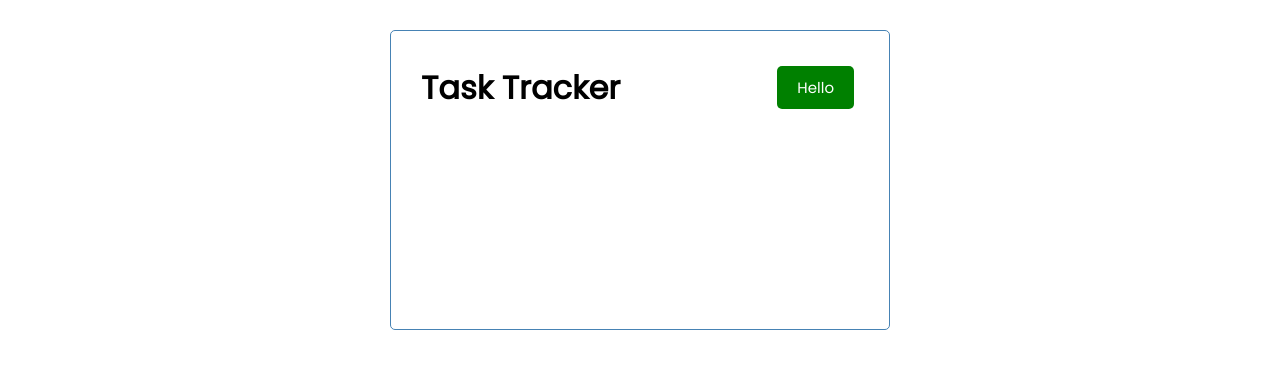
Repository: biggie-pti/task-tracker-react-app
Page: /
The author's editor kept a copy of each file at every save. The page is drawn from the files as they stood at one save, then again after the next save.
The browser window is 1280 px wide. The pictures show the whole page.
The project was rebuilt for these pictures with package versions that can differ from the ones it lists, and the page was loaded fresh each time.

Above is the page before, as saved 2022-02-20 14:39:25.

After the next save:
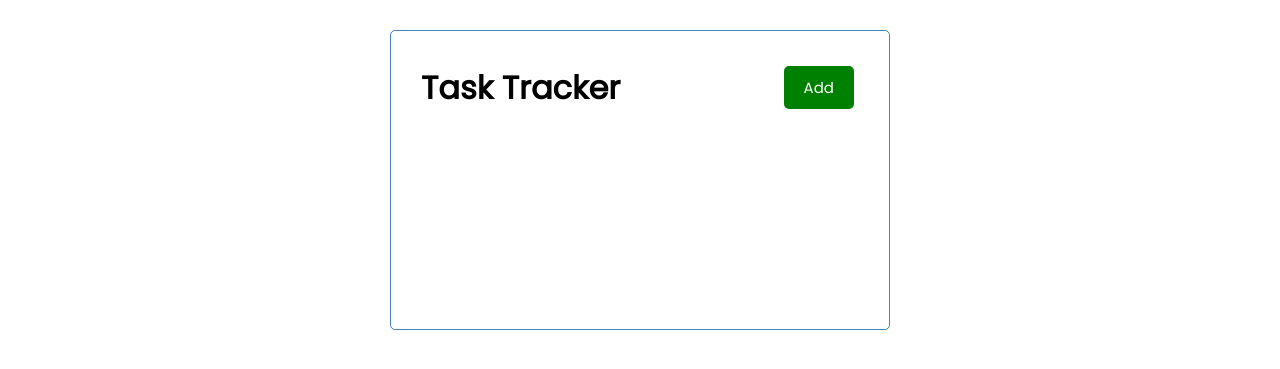
Saved 58 s later.
--- a/src/components/Header.js
+++ b/src/components/Header.js
@@ -7,7 +7,7 @@ const Header = ({title}) => {
 
         {title}
         </h1>
-       <Button color='green' text='Hello'/>
+       <Button color='green' text='Add'/>
         </header>
   )
 }
